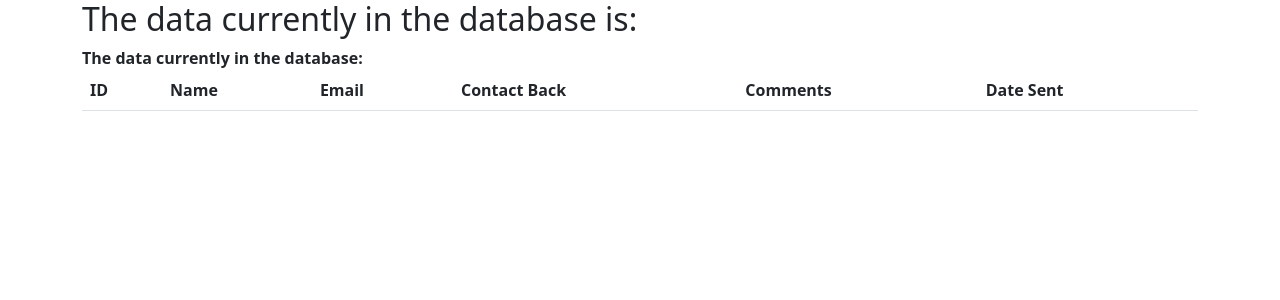
Repository: MarianCurtis/PHP-week3
Page: http://localhost/week6/lesson14.php
The author's editor kept a copy of each file at every save. The page is drawn from the files as they stood at one save, then again after a run of saves.
The browser window is 1280 px wide. The pictures show the whole page.
The page is run by PHP 8.4 with error messages shown; the project is at /var/www/html/. Queries for data that is not in the repository find no rows.

Above is the page before, as saved 2023-03-19 16:19:49.

After the next 3 saves:
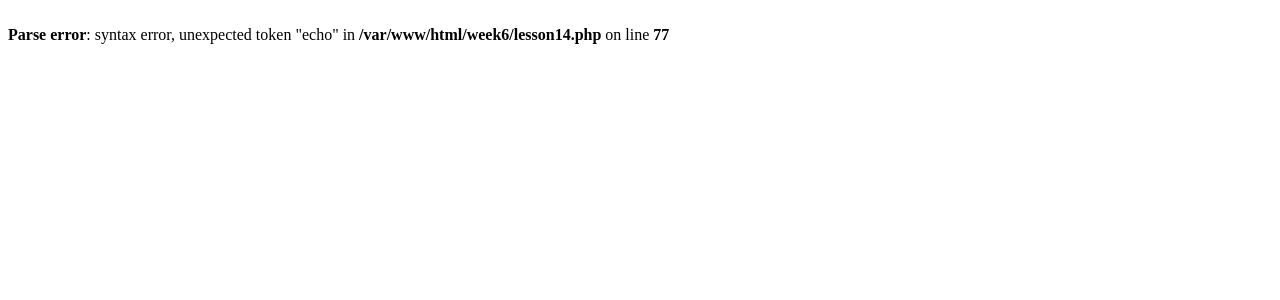
The 3 saves are shown as one change because they came seconds apart.
The last was saved 63 s later.
--- a/week6/lesson14.php
+++ b/week6/lesson14.php
@@ -73,6 +73,7 @@
                  //Print returned data to the screen
                   echo "<b>The data currently in the database: </b><br>\n";
                   foreach ($stmt->fetchAll() as $row) {
+                  echo
                   echo $row['contactID'] . " | ";
                   echo $row['name'] . " | ";
                   echo $row['email'] . " | ";
